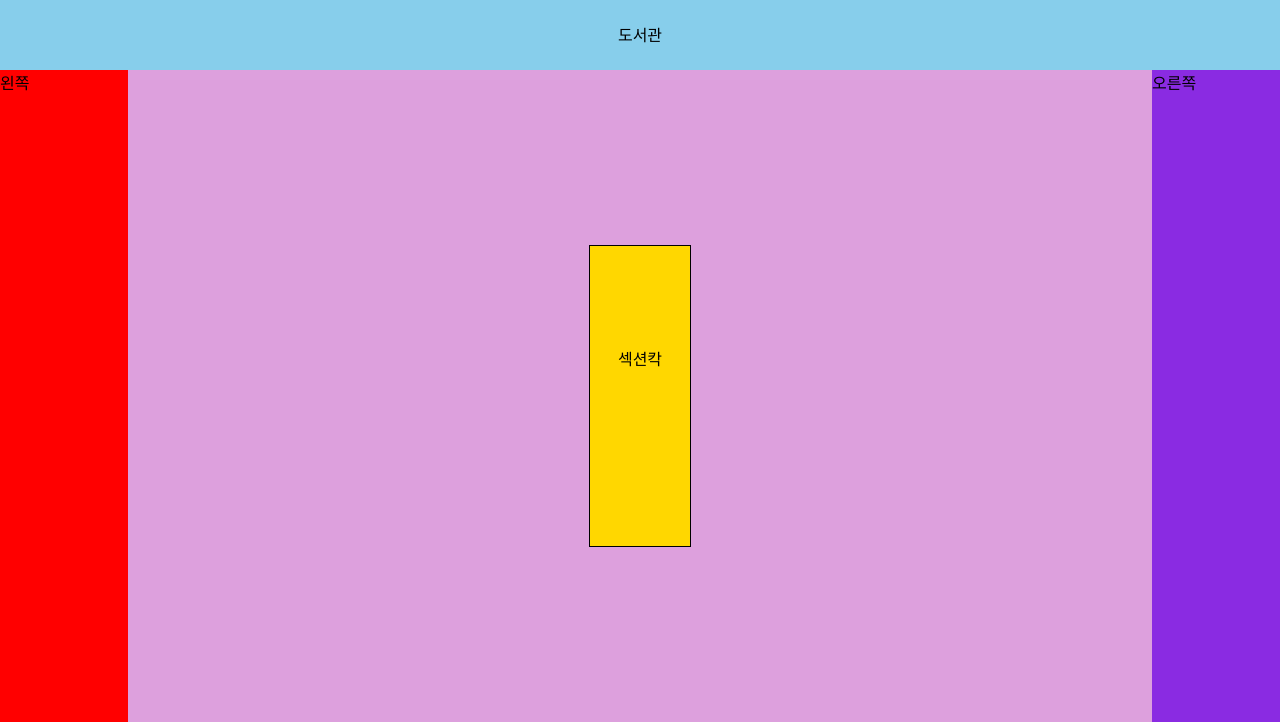
Repository: sojihwan/API_-Multi
Page: / (app in API/)
An editor plug-in stored every save of this project. The page is shown before and after the next save, followed by the edit.
The browser window is 1280 px wide. The pictures show the whole page.
The project was rebuilt for these pictures with package versions that can differ from the ones it lists, and the page was loaded fresh each time. Also part of the build but not shown: API/src/App.css.

Above is the page before, as saved 2022-05-24 15:15:09.

### API/src/App.js
import "./App.css";
import Layout from "./Layout/Layout";

function App() {
  return (
    <div>
      <Layout />
    </div>
  );
}

export default App;

### API/src/Layout/layout.js
import React from "react";
import "./Layout.css";
import Section from "./Section";

function Layout() {
  return (
    <div className="layout">
      <header>도서관</header>
      <main>
        <aside>왼쪽</aside>
        <Section />
        <aside>오른쪽</aside>
      </main>
    </div>
  );
}

export default Layout;

### API/src/Layout/layout.css
.layout {
  box-sizing: border-box;
}

header {
  width: 100%;
  height: 70px;
  line-height: 70px;
  text-align: center;
  background: skyblue;
}

aside {
  top: 70px;
}

main aside:first-child {
  position: absolute;
  left: 0;
  width: 10%;
  height: 90.6%;
  background: red;
}

main {
  display: flex;
  justify-content: center;
  align-items: center;
  min-height: 90.6vh;
  background: plum;
}

main aside:last-child {
  position: absolute;
  right: 0;
  width: 10%;
  height: 90.6%;
  background: blueviolet;
}

### API/src/Layout/Section.js
import React from "react";
import "../Layout/Section.css";

function Section() {
  return (
    <div className="section">
      <div>섹션칵</div>
    </div>
  );
}

export default Section;

### API/src/Layout/Section.css
.section {
  border: 1px solid black;
  width: 100px;
  height: 100px;
  background: gold;
  text-align: center;
  padding: 100px 0px;
}

Loaded but not shown: API/public/index.html (common file); API/src/index.js (common file); API/src/index.css (common file); API/src/reportWebVitals.js (common file)

After the next save:
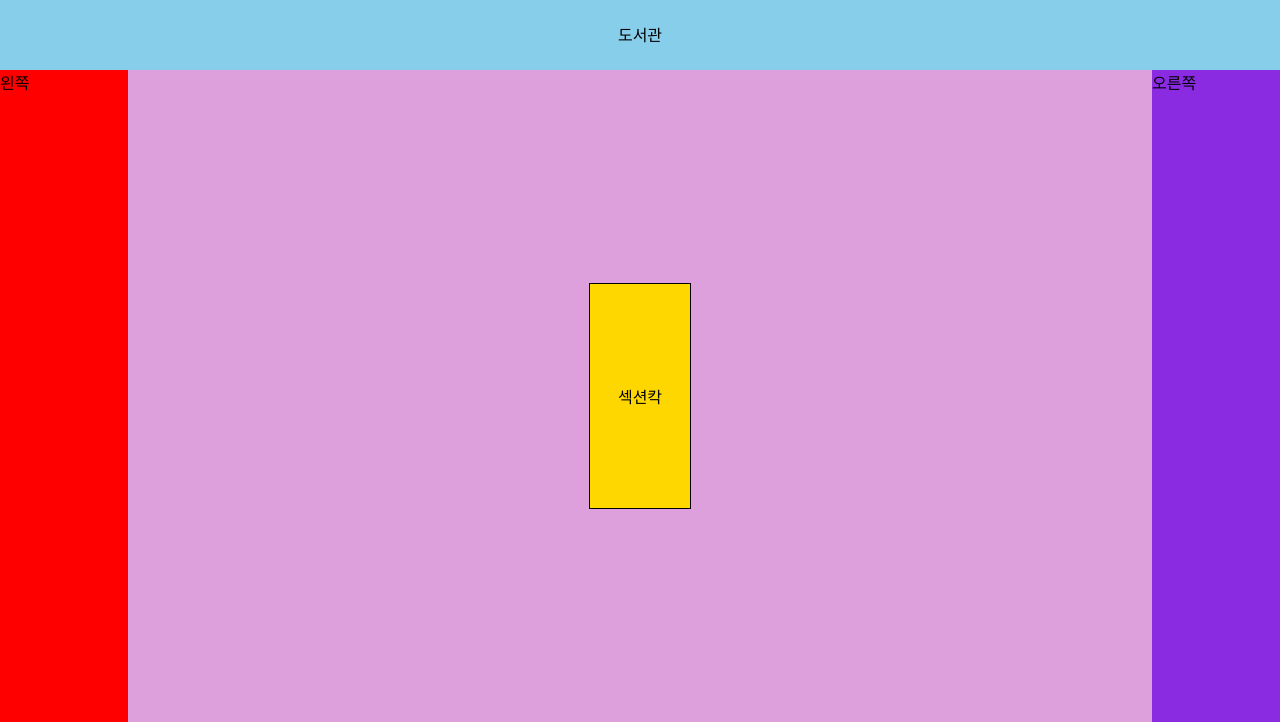
Saved 8 s later.
--- a/API/src/Layout/Section.css
+++ b/API/src/Layout/Section.css
@@ -1,7 +1,7 @@
 .section {
   border: 1px solid black;
   width: 100px;
-  height: 100px;
+
   background: gold;
   text-align: center;
   padding: 100px 0px;
